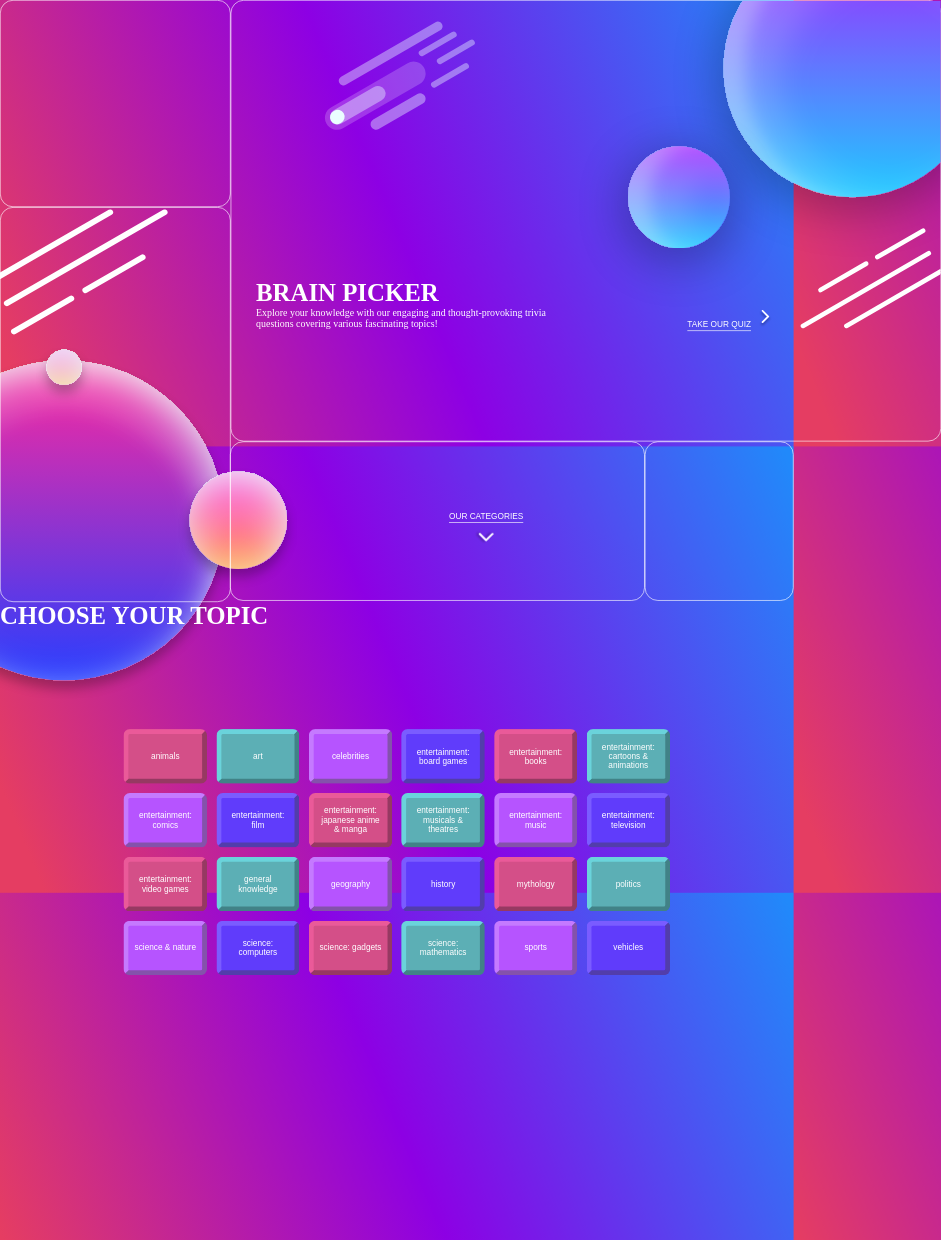
Repository: pjiang604/COMP-2170_Final-Project
Page: index.html
The author's editor kept a copy of each file at every save. The page is drawn from the files as they stood at one save, then again after the next save.
The browser window is 1280 px wide. The page is 1518 px wide, so the pictures cover 1518 px, including what lies to the right of the window. The pictures show the whole page, at 62% of full size.
Backgrounds fixed to the window are drawn as part of the page.

Above is the page before, as saved 2023-04-30 13:23:19.

After the next save:
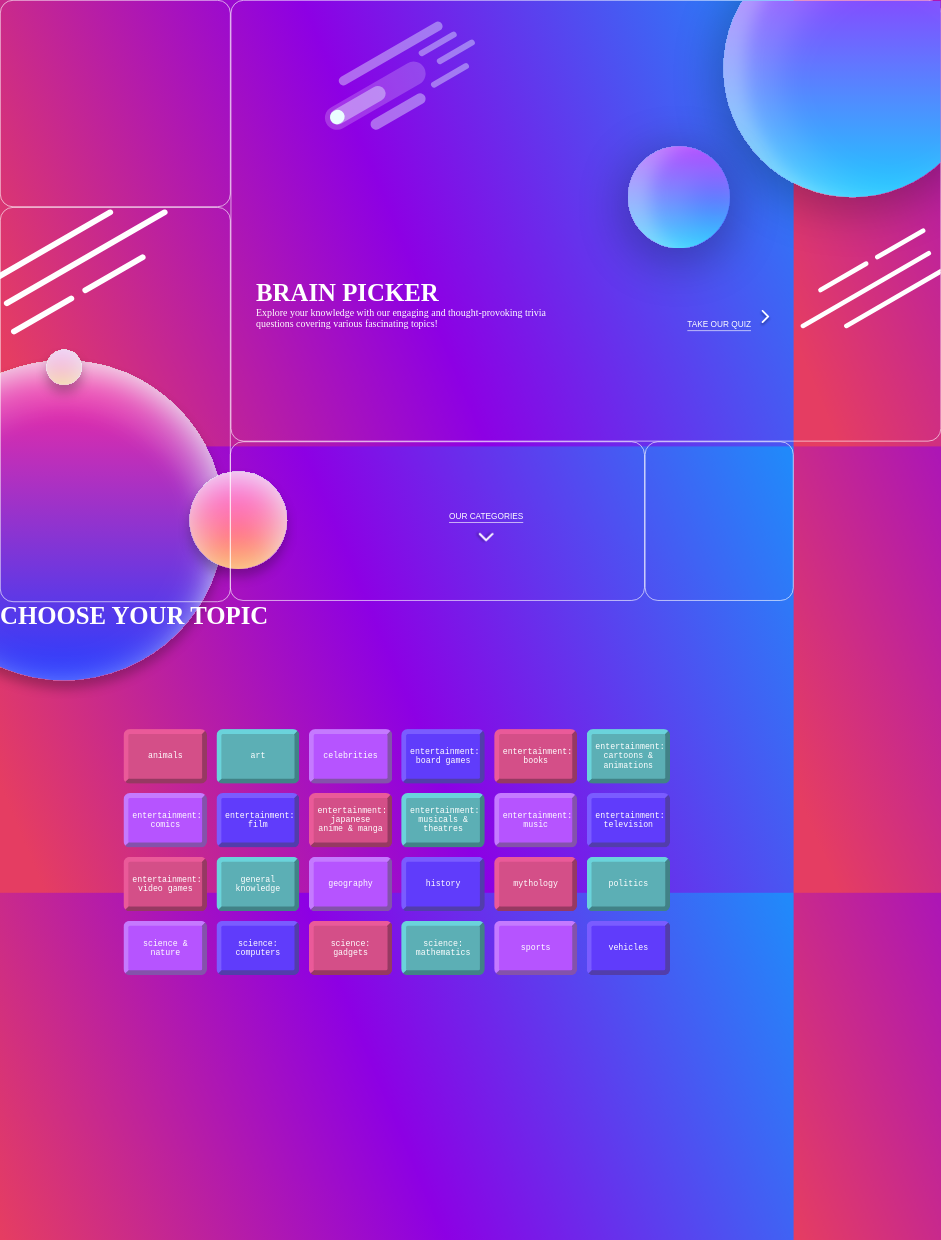
Saved 14 s later.
--- a/style.css
+++ b/style.css
@@ -206,6 +206,7 @@ body {
 }
 
 .topic_button1{
+	font-family: var(--secondary-font);
 	border-width: .5rem;
 	height: 5.5rem;
     color: var(--white);
@@ -216,6 +217,7 @@ body {
 }
 
 .topic_button2{
+	font-family: var(--secondary-font);
 	background-color: var(--teal);
 	height: 5.5rem;
 	color: var(--white);
@@ -224,6 +226,7 @@ body {
 	border-width: .5rem;
 }
 .topic_button3{
+	font-family: var(--secondary-font);
 	background-color:var(--purple);
 	height: 5.5rem;
 	color: var(--white);
@@ -232,6 +235,7 @@ body {
 	border-width: .5rem;
 }
 .topic_button4{
+	font-family: var(--secondary-font);
 	background-color:var(--indigo);
 	height: 5.5rem;
 	color: var(--white);
